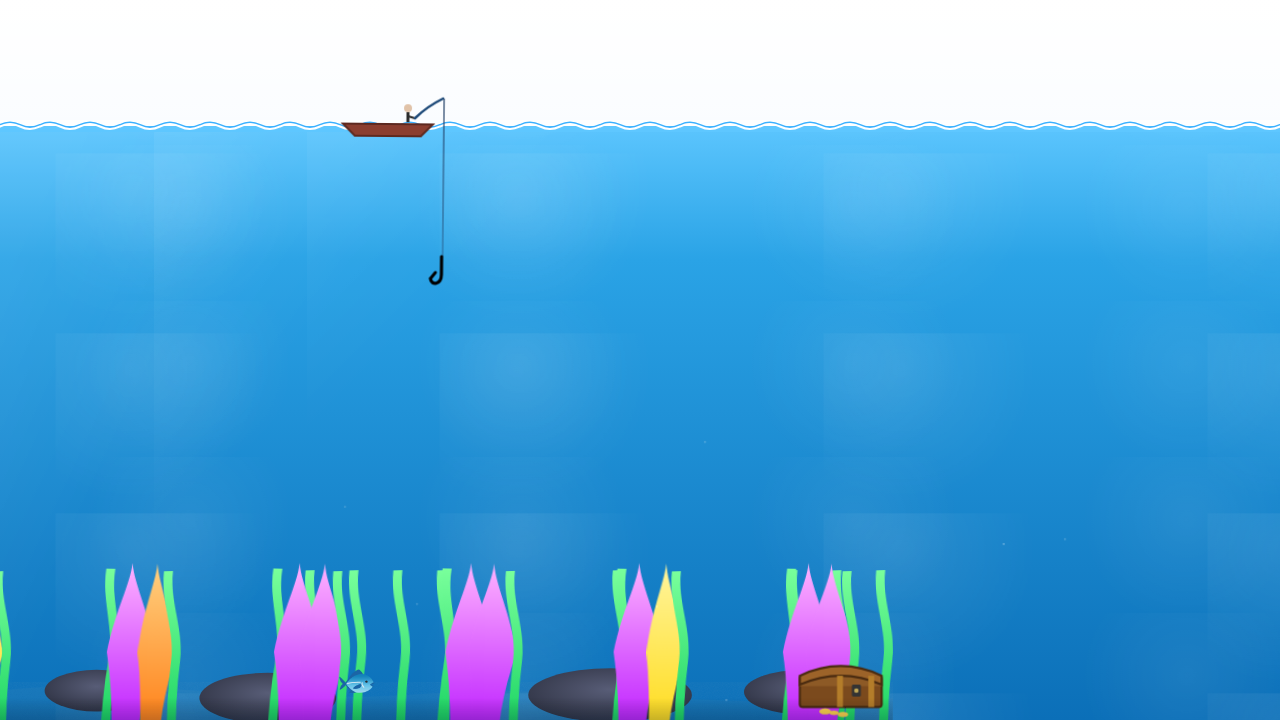
Repository: DeepFriedTurkey441/fd_game_project
Page: index.html
An editor plug-in stored every save of this project. The page is shown before and after the next save, followed by the edit.
The browser window is 1280 px wide. The pictures show the whole page.

Above is the page before, as saved 2025-09-23 10:39:37.

After the next save:
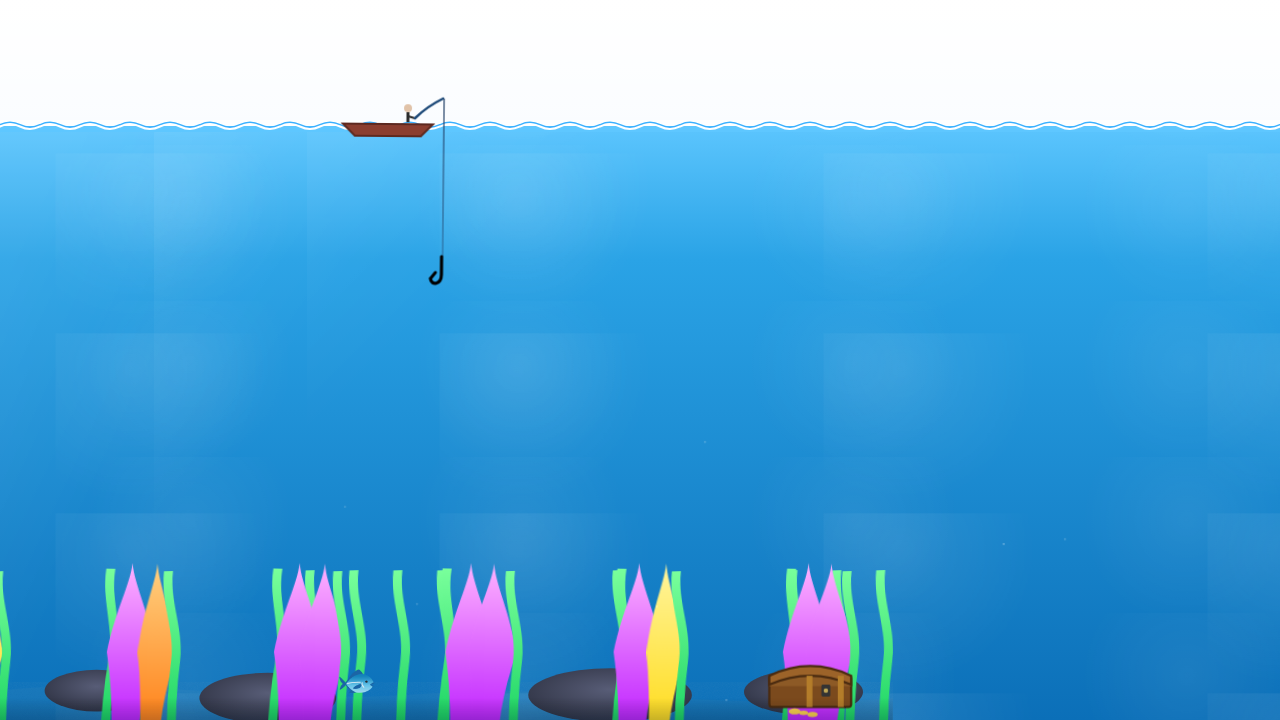
Saved 12 s later.
--- a/index.html
+++ b/index.html
@@ -92,8 +92,8 @@
       <g id="grass-back" transform="translate(0,0)"></g>
       <!-- dynamic plant clusters populated by script -->
       <g id="plants" transform="translate(0,0)"></g>
-      <!-- treasure chest at right-bottom third -->
-      <g id="treasure" transform="translate(1115, 520)">
+      <!-- treasure chest pinned to right edge with 16px margin -->
+      <g id="treasure" transform="translate(1074, 520)">
         <g>
           <!-- base chest -->
           <rect x="-40" y="20" width="110" height="42" rx="4" ry="4" fill="#7b4a1d" stroke="#4a2b10" stroke-width="3"/>
